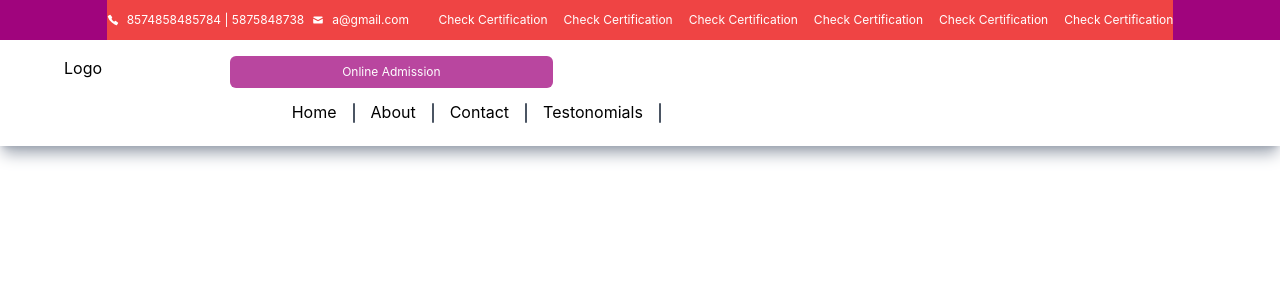
Repository: Sushant203/react-training-
Page: /
These files come from the project's save history. The page is drawn as it stood at one moment and after the next save; the edit follows.
The browser window is 1280 px wide. The pictures show the whole page.
The project was rebuilt for these pictures with package versions that can differ from the ones it lists, and the page was loaded fresh each time. Also part of the build but not shown: src/App.css, src/components/LowerNav.jsx, src/components/UpperNav.jsx.

Above is the page before, as saved 2022-12-19 10:01:42.

After the next save:
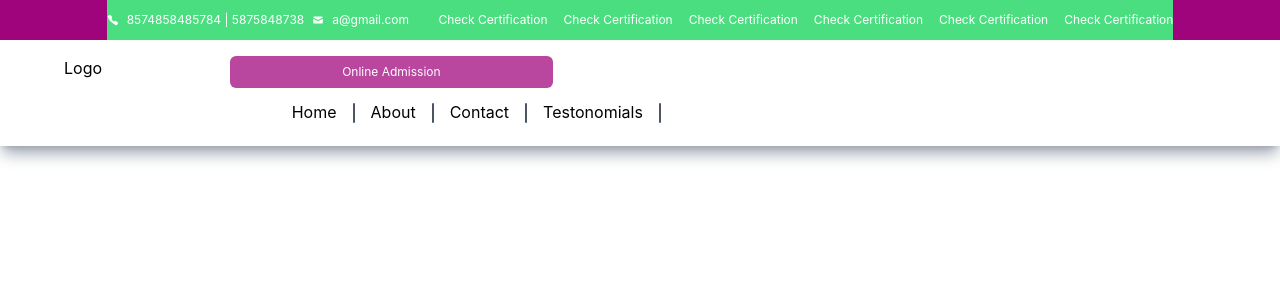
Saved 54 s later.
--- a/src/components/Naviagtion/Toolbar/header.jsx
+++ b/src/components/Naviagtion/Toolbar/header.jsx
@@ -11,7 +11,7 @@ function Header() {
     { title: "check certificate" },
   ];
   return (
-    <div className="py-3 h-fit  md:w-10/12 mx-auto flex flex-col bg-green-400 md:bg-red-500 md:flex-row items-center justify-between  md:text-xs">
+    <div className="py-3 h-fit  md:w-10/12 mx-auto flex flex-col bg-green-400  md:flex-row items-center justify-between  md:text-xs">
       {/* number and email */}
       <div className="flex gap-2  text-white">
         <div className="flex gap-2  items-center">
